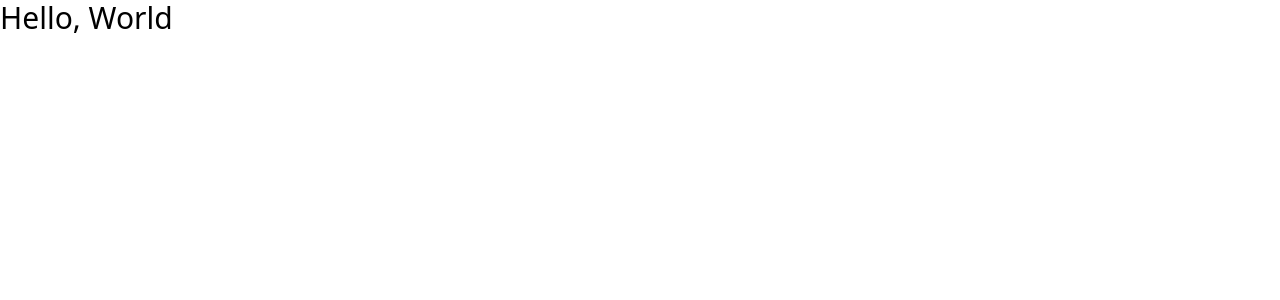
Repository: sundeeep/st33
Page: Servlet-JSP/BankingApp/src/main/webapp/index.html
These files come from the project's save history. The page is drawn as it stood at one moment and after the next save; the edit follows.
The browser window is 1280 px wide. The pictures show the whole page.
Some web libraries are served in a nearby version.

Above is the page before, as saved 2024-06-05 10:31:26.

### Servlet-JSP/BankingApp/src/main/webapp/index.html
<!DOCTYPE html>
<html>
<head>
	<meta charset="UTF-16">
	<meta name="viewport" content="width=device-width, initial-scale=1.0">
  	<script src="https://cdn.tailwindcss.com"></script>
  	<script>
    tailwind.config = {
      theme: {
        extend: {
          colors: {
            clifford: '#da373d',
          }
        }
      }
    }
  </script>
	<title>Banking Application</title>
</head>
<body>
	<h1 class="text-3xl">Hello, World</h1>
</body>
</html>

After the next save:
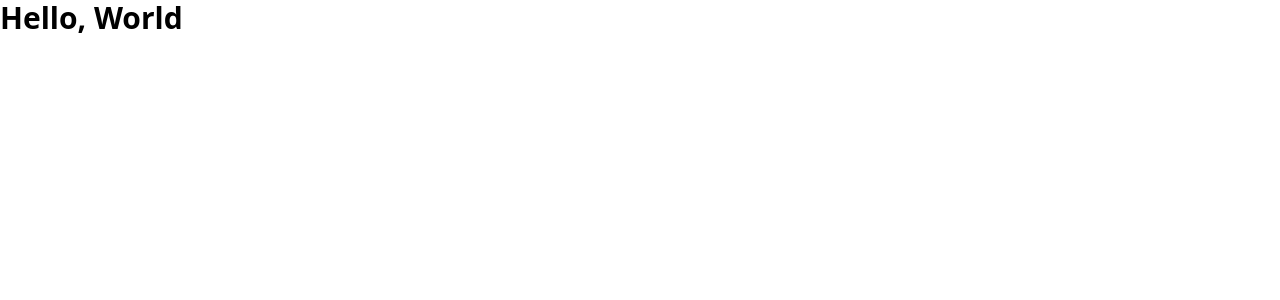
Saved 18 s later.
--- a/Servlet-JSP/BankingApp/src/main/webapp/index.html
+++ b/Servlet-JSP/BankingApp/src/main/webapp/index.html
@@ -18,6 +18,6 @@
 	<title>Banking Application</title>
 </head>
 <body>
-	<h1 class="text-3xl">Hello, World</h1>
+	<h1 class="text-3xl font-bold">Hello, World</h1>
 </body>
 </html>
